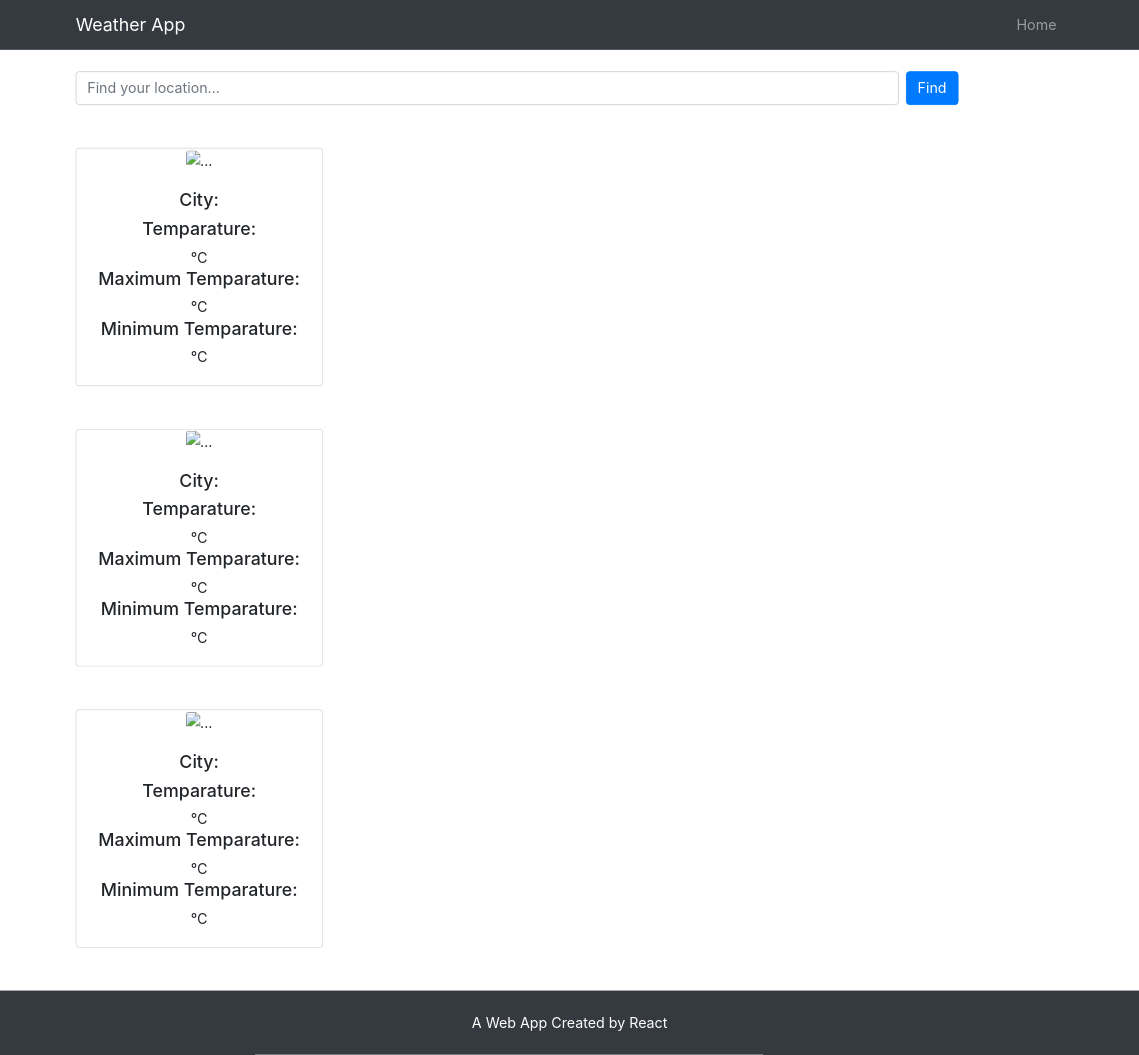
Repository: smk87/weather-app-react
Page: /
An editor plug-in stored every save of this project. The page is shown before and after the next save, followed by the edit.
The browser window is 1280 px wide. The pictures show the whole page, at 89% of full size.
The page's requests for data from a server got no answer. Some web libraries are served in a nearby version. The project was rebuilt for these pictures with package versions that can differ from the ones it lists, and the page was loaded fresh each time. A package was used in the major version that the imports need, not the one package.json lists. No one was signed in, and anything a server would have sent is missing.

Above is the page before, as saved 2019-02-06 17:34:49.

### public/index.html
<!DOCTYPE html>
<html lang="en">
  <head>
    <meta charset="utf-8" />
    <link rel="shortcut icon" href="%PUBLIC_URL%/favicon.ico" />
    <meta
      name="viewport"
      content="width=device-width, initial-scale=1, shrink-to-fit=no"
    />
    <meta name="theme-color" content="#000000" />
    <!--
      manifest.json provides metadata used when your web app is added to the
      homescreen on Android. See https://developers.google.com/web/fundamentals/web-app-manifest/
    -->
    <link rel="manifest" href="%PUBLIC_URL%/manifest.json" />
    <link
      rel="stylesheet"
      href="https://stackpath.bootstrapcdn.com/bootstrap/4.2.1/css/bootstrap.min.css"
      integrity="sha384-GJzZqFGwb1QTTN6wy59ffF1BuGJpLSa9DkKMp0DgiMDm4iYMj70gZWKYbI706tWS"
      crossorigin="anonymous"
    />
    <script
      defer
      src="https://use.fontawesome.com/releases/v5.6.3/js/all.js"
      integrity="sha384-EIHISlAOj4zgYieurP0SdoiBYfGJKkgWedPHH4jCzpCXLmzVsw1ouK59MuUtP4a1"
      crossorigin="anonymous"
    ></script>
    <!--
      Notice the use of %PUBLIC_URL% in the tags above.
      It will be replaced with the URL of the `public` folder during the build.
      Only files inside the `public` folder can be referenced from the HTML.

      Unlike "/favicon.ico" or "favicon.ico", "%PUBLIC_URL%/favicon.ico" will
      work correctly both with client-side routing and a non-root public URL.
      Learn how to configure a non-root public URL by running `npm run build`.
    -->
    <title>React App</title>
  </head>
  <body>
    <noscript>You need to enable JavaScript to run this app.</noscript>
    <div id="root"></div>
    <!--
      This HTML file is a template.
      If you open it directly in the browser, you will see an empty page.

      You can add webfonts, meta tags, or analytics to this file.
      The build step will place the bundled scripts into the <body> tag.

      To begin the development, run `npm start` or `yarn start`.
      To create a production bundle, use `npm run build` or `yarn build`.
    -->

    <script
      src="https://code.jquery.com/jquery-3.3.1.slim.min.js"
      integrity="sha384-q8i/X+965DzO0rT7abK41JStQIAqVgRVzpbzo5smXKp4YfRvH+8abtTE1Pi6jizo"
      crossorigin="anonymous"
    ></script>
    <script
      src="https://cdnjs.cloudflare.com/ajax/libs/popper.js/1.14.6/umd/popper.min.js"
      integrity="sha384-wHAiFfRlMFy6i5SRaxvfOCifBUQy1xHdJ/yoi7FRNXMRBu5WHdZYu1hA6ZOblgut"
      crossorigin="anonymous"
    ></script>
    <script
      src="https://stackpath.bootstrapcdn.com/bootstrap/4.2.1/js/bootstrap.min.js"
      integrity="sha384-B0UglyR+jN6CkvvICOB2joaf5I4l3gm9GU6Hc1og6Ls7i6U/mkkaduKaBhlAXv9k"
      crossorigin="anonymous"
    ></script>
  </body>
</html>

### src/App.js
import React, { Component } from "react";
import { BrowserRouter as Router, Route, Switch } from "react-router-dom";
import logo from "./logo.svg";
import "./App.css";

//Import Layout Components
import NavBar from "./components/NavBar";
import Footer from "./components/Footer";
import Home from "./components/Home";

class App extends Component {
  render() {
    return (
      <Router>
        <div className="App">
          <NavBar />
          <Route exact path="/" component={Home} />
          <Footer />
        </div>
      </Router>
    );
  }
}

export default App;

### src/components/NavBar.js
import React, { Component } from "react";
import { Link } from "react-router-dom";

export default class NavBar extends Component {
  render() {
    return (
      <div>
        <nav className="navbar navbar-expand-sm navbar-dark bg-dark mb-4">
          <div className="container">
            <Link className="navbar-brand" to="/">
              Weather App
            </Link>
            <button
              className="navbar-toggler"
              type="button"
              data-toggle="collapse"
              data-target="#mobile-nav"
            >
              <span className="navbar-toggler-icon" />
            </button>

            <div className="collapse navbar-collapse" id="mobile-nav">
              <ul className="navbar-nav mr-auto" />
              <ul className="navbar-nav ml-auto">
                <li className="nav-item">
                  <Link className="nav-link" to="/">
                    Home
                  </Link>
                </li>
              </ul>
            </div>
          </div>
        </nav>
      </div>
    );
  }
}

### src/components/Footer.js
import React from "react";

export default function Footer() {
  return (
    <footer className="bg-dark text-white mt-5 p-4 text-center">
      A Web App Created by React
    </footer>
  );
}

### src/components/Home.js
import React, { Component } from "react";
import { Link } from "react-router-dom";
import Weather from "./Weather";

export default class Home extends Component {
  constructor() {
    super();

    this.state = {
      search: ""
    };
  }
  onChange = e => {
    this.setState({
      [e.target.name]: e.target.value
    });
  };
  onSubmit = e => {
    e.preventDefault();
    console.log(this.state);
  };

  render() {
    return (
      <div>
        <div className="container">
          <form onSubmit={this.onSubmit} action="#" className="form-inline">
            <input
              type="text"
              name="search"
              className="form-control col-md-10"
              placeholder="Find your location..."
              value={this.state.search}
              onChange={this.onChange}
            />
            <input
              type="submit"
              className="ml-2 btn btn-primary"
              value="Find"
            />
          </form>

          <Weather id="2344116" />
          <Weather id="2344116" />
          <Weather id="2344116" />
        </div>
      </div>
    );
  }
}

### src/components/Weather.js
import React, { Component } from "react";
import axios from "axios";

export default class Weather extends Component {
  constructor() {
    super();

    this.state = {
      cityname: "",
      id: "",
      temp: "",
      maxtemp: "",
      mintemp: "",
      logo: ""
    };
  }

  componentWillMount() {
    this.setState({ id: this.props.id });

    const url = `weather/weather.php?command=location&woeid=${this.props.id}`;
    // console.log(url);
    axios
      .get(url) //Used proxy to connect with local wamp server
      .then(res => {
        console.log(res.data);

        switch (res.data.consolidated_weather[0].weather_state_name) {
          case "Snow":
            this.setState({
              logo: "https://www.metaweather.com/static/img/weather/sn.svg"
            });
            break;
          case "Sleet":
            this.setState({
              logo: "https://www.metaweather.com/static/img/weather/sl.svg"
            });
            break;
          case "Hail":
            this.setState({
              logo: "https://www.metaweather.com/static/img/weather/h.svg"
            });
            break;
          case "Thunderstorm":
            this.setState({
              logo: "https://www.metaweather.com/static/img/weather/t.svg"
            });
            break;
          case "Heavy Rain":
            this.setState({
              logo: "https://www.metaweather.com/static/img/weather/hr.svg"
            });
            break;
          case "Light Rain":
            this.setState({
              logo: `https://www.metaweather.com/static/img/weather/lr.svg`
            });
            break;
          case "Showers":
            this.setState({
              logo: "https://www.metaweather.com/static/img/weather/s.svg"
            });
            break;
          case "Heavy Cloud":
            this.setState({
              logo: "https://www.metaweather.com/static/img/weather/hc.svg"
            });
            break;
          case "Light Cloud":
            this.setState({
              logo: "https://www.metaweather.com/static/img/weather/lc.svg"
            });
            break;
          case "Clear":
            this.setState({
              logo: "https://www.metaweather.com/static/img/weather/c.svg"
            });
            break;
        }
        this.setState({
          cityname: res.data.title,
          temp: res.data.consolidated_weather[0].the_temp.toPrecision(3),
          maxtemp: res.data.consolidated_weather[0].max_temp.toPrecision(3),
          mintemp: res.data.consolidated_weather[0].min_temp.toPrecision(3)
        });
      })
      .catch(err => console.log(err));
  }

  render() {
    return (
      <div className="mt-5 mr-2 h-50 w-25 card">
        <div>
          <img src={this.state.logo} className="card-img-top" alt="..." />
        </div>
        <div className="card-body">
          <div className="card-text">
            <h5>City: </h5> {this.state.cityname}
          </div>
          <div className="card-text">
            <h5>Temparature: </h5> {this.state.temp}
            <span>&#8451;</span>
          </div>
          <div className="card-text">
            {" "}
            <h5>Maximum Temparature: </h5> {this.state.maxtemp}
            <span>&#8451;</span>
          </div>
          <div className="card-text">
            {" "}
            <h5>Minimum Temparature: </h5>
            {this.state.mintemp}
            <span>&#8451;</span>
          </div>
        </div>
      </div>
    );
  }
}

Loaded but not shown: src/index.js (common file); src/index.css (common file); src/serviceWorker.js (common file); src/App.css (common file)

After the next save:
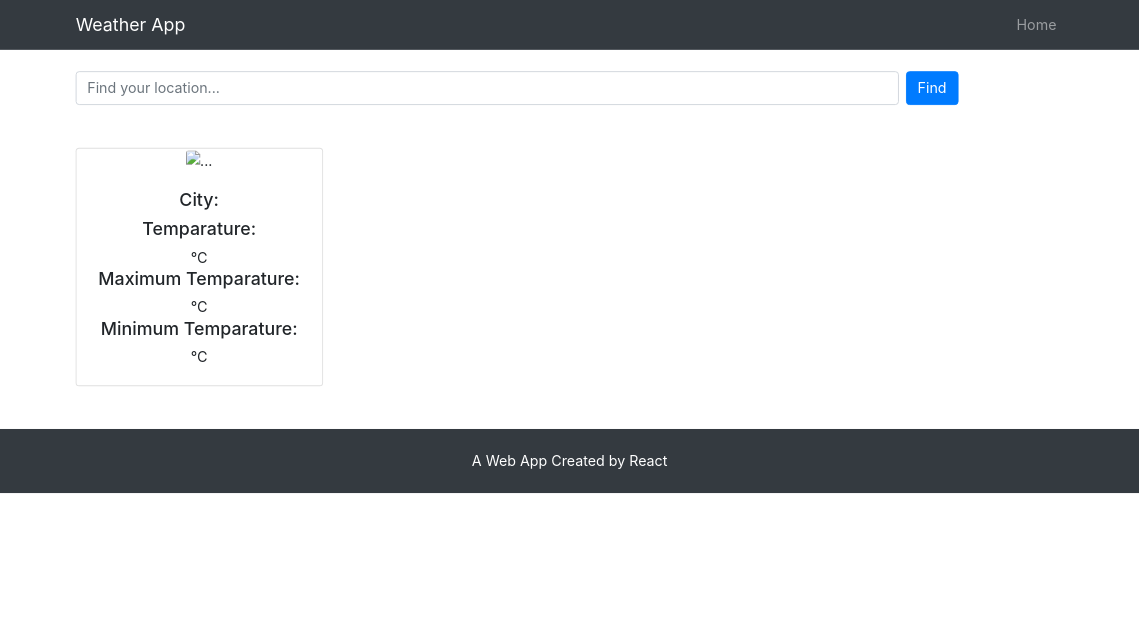
Saved 65 s later.
--- a/src/components/Home.js
+++ b/src/components/Home.js
@@ -40,9 +40,9 @@ export default class Home extends Component {
             />
           </form>
 
-          <Weather id="2344116" />
-          <Weather id="2344116" />
-          <Weather id="2344116" />
+          <span class="align-middle">
+            <Weather id="2344116" />
+          </span>
         </div>
       </div>
     );
